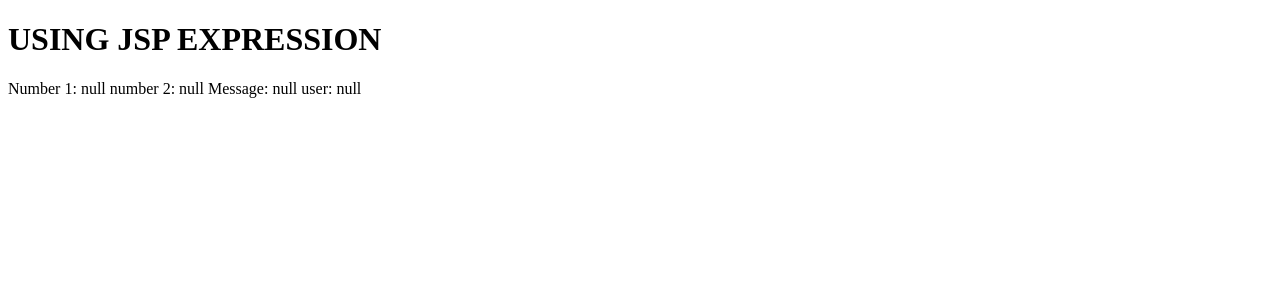
Repository: yash112021/Cdac_lab_Work
Page: http://localhost/JSPProject2/showdata.jsp
An editor plug-in stored every save of this project. The page is shown before and after the next save, followed by the edit.
The browser window is 1280 px wide. The pictures show the whole page.
The page is served by Tomcat 9.

Above is the page before, as saved 2025-11-28 19:59:41.

### 250845920104_Advance_java/Day8_28_11_25/Day7_28_11_25/JSPProject2/src/main/webapp/showdata.jsp
<%@ page language="java" contentType="text/html; charset=ISO-8859-1"
    pageEncoding="ISO-8859-1"%>
<!DOCTYPE html>
<html>
<head>
<meta charset="ISO-8859-1">
<title>Insert title here</title>
</head>
<body>
<h1>USING JSP EXPRESSION</h1>
Number 1: <%=request.getParameter("n1") %>
number 2: <%=request.getParameter("n2") %>
Message: <%=request.getParameter("msg") %>
user: <%=session.getAttribute("usr") %>

</body>
</html>

After the next save:
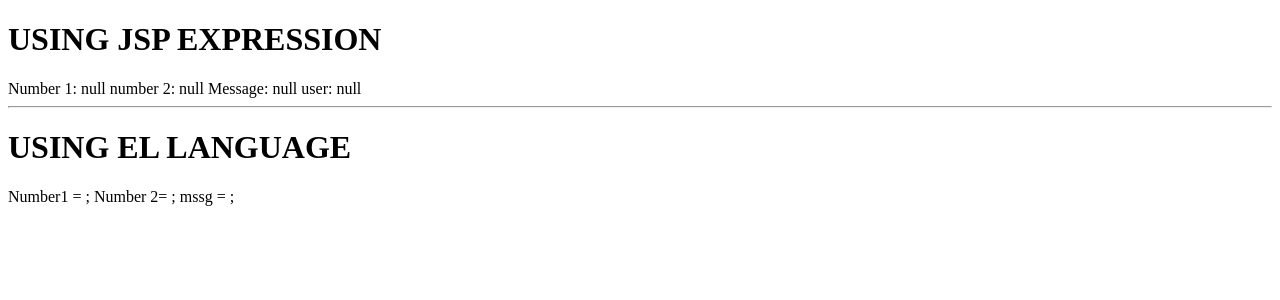
Saved 92 s later.
--- a/250845920104_Advance_java/Day8_28_11_25/Day7_28_11_25/JSPProject2/src/main/webapp/showdata.jsp
+++ b/250845920104_Advance_java/Day8_28_11_25/Day7_28_11_25/JSPProject2/src/main/webapp/showdata.jsp
@@ -13,5 +13,12 @@ number 2: <%=request.getParameter("n2") %>
 Message: <%=request.getParameter("msg") %>
 user: <%=session.getAttribute("usr") %>
 
+
+<hr>
+
+<h1>USING EL LANGUAGE</h1>
+Number1 = ${param.n1 };
+Number 2= ${param.n2 };
+mssg = ${param.msg};
 </body>
 </html>
